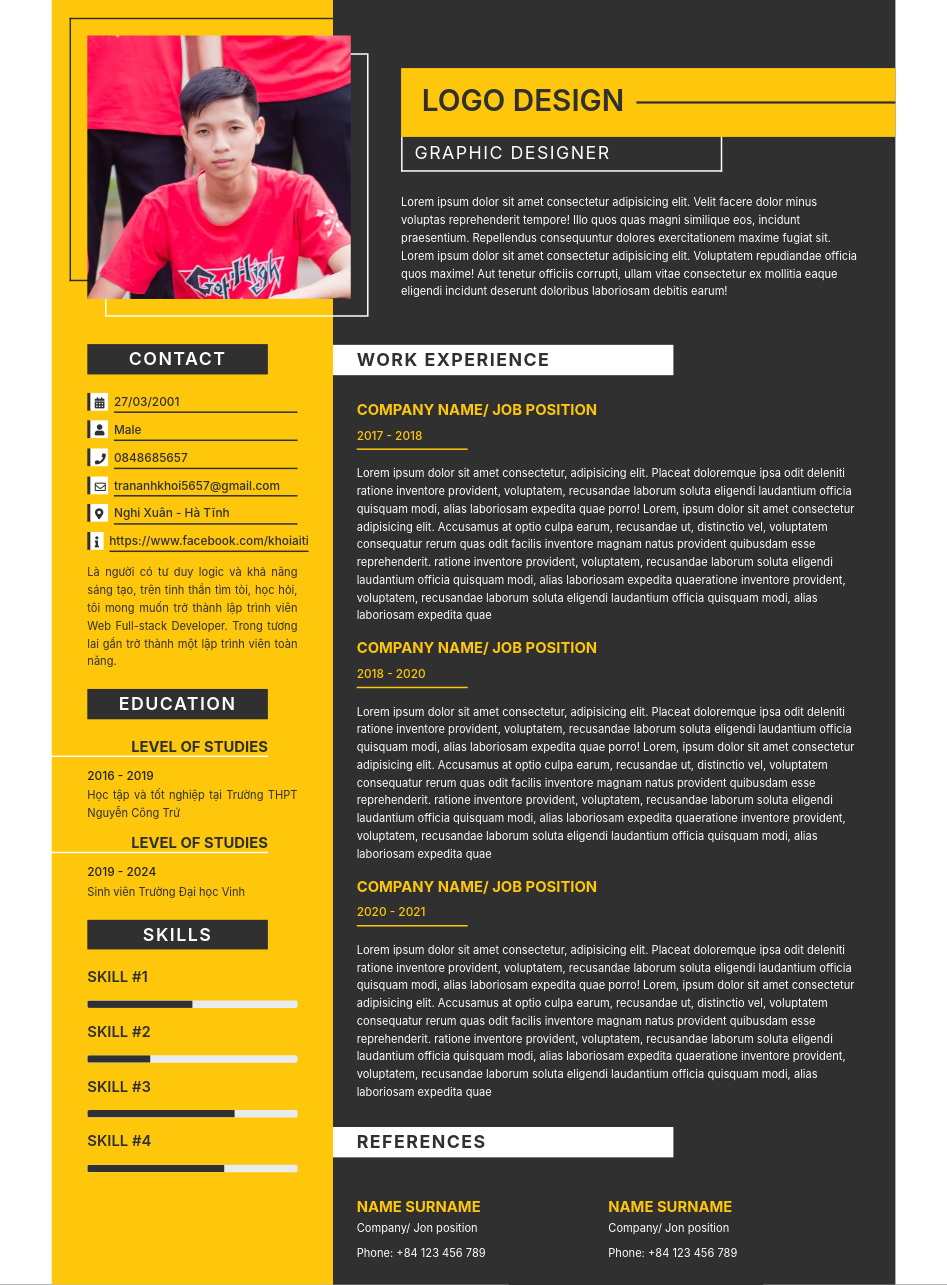
Repository: khoitadev/myCV
Page: index.html
The author's editor kept a copy of each file at every save. The page is drawn from the files as they stood at one save, then again after the next save.
The browser window is 1280 px wide. The pictures show the whole page, at 74% of full size.
Some web libraries are served in a nearby version.

Above is the page before, as saved 2022-02-11 22:33:42.

### index.html
<!DOCTYPE html>
<html lang="en">
  <head>
    <meta charset="UTF-8" />
    <meta http-equiv="X-UA-Compatible" content="IE=edge" />
    <meta name="viewport" content="width=device-width, initial-scale=1.0" />
    <title>CV Design</title>
    <link
      rel="stylesheet"
      href="https://cdn.jsdelivr.net/npm/bootstrap@4.6.0/dist/css/bootstrap.min.css"
      integrity="sha384-B0vP5xmATw1+K9KRQjQERJvTumQW0nPEzvF6L/Z6nronJ3oUOFUFpCjEUQouq2+l"
      crossorigin="anonymous"
    />
    <link rel="preconnect" href="https://fonts.googleapis.com" />
    <link rel="preconnect" href="https://fonts.gstatic.com" crossorigin />
    <link
      href="https://fonts.googleapis.com/css2?family=Poppins:wght@400;600;700&display=swap"
      rel="stylesheet"
    />
    <link
      rel="stylesheet"
      href="https://pro.fontawesome.com/releases/v5.10.0/css/all.css"
      integrity="sha384-AYmEC3Yw5cVb3ZcuHtOA93w35dYTsvhLPVnYs9eStHfGJvOvKxVfELGroGkvsg+p"
      crossorigin="anonymous"
    />
    <link
      rel="icon"
      href="./assets/img/cv2.jpg"
      style="border-radius: 50%;"
      type="image/gif"
      sizes="16x16"
    />

    <link rel="stylesheet" href="./assets/css/style.css" />
  </head>
  <body>
    <div class="container">
      <div class="row">
        <div class="col-md-4 cv__left">
          <div class="cv__img">
            <img src="./assets/img/cv2.jpg" />
          </div>
          <div class="cv__body-left">
            <h2 class="heading__left">CONTACT</h2>
            <p class="text contact__text"><i class="fas fa-calendar-alt"></i> <span class="contact__line" >27/03/2001</span></p>
            <p class="text contact__text"><i class="fas fa-user"></i> <span class="contact__line" >Male</span></p>
            <p class="text contact__text">
              <i class="fas fa-phone"></i> <a class="contact__line" href="tel:0848685657">0848685657</a>
            </p>
            <p class="text contact__text">
              <i class="far fa-envelope"></i>
              <a class="contact__line" href="mailto:trananhkhoi5657@gmail.com"
                >trananhkhoi5657@gmail.com</a
              >
            </p>
            <p class="text contact__text">
              <i class="fas fa-map-marker-alt"></i> <span class="contact__line" >Nghi Xuân - Hà Tĩnh</span>
            </p>
            <p class="text contact__text">
              <i class="fas fa-info"></i>
              <a class="contact__line" href="https://www.facebook.com/khoiaiti"
                >https://www.facebook.com/khoiaiti</a
              >
            </p>
            <p class="text description">
            Là người có tư duy logic và khả năng sáng tạo, trên tinh thần tìm tòi, học hỏi, tôi mong muốn trở
            thành lập trình viên Web Full-stack Developer. Trong tương lai gần trở thành một lập trình viên toàn năng.
            </p>
            <h2 class="heading__left">EDUCATION</h2>
            <h3 class="edu__heading">LEVEL OF STUDIES</h3>
            <h4 class="edu__title">2016 - 2019</h4>
            <p class="text">Học tập và tốt nghiệp tại Trường THPT Nguyễn Công Trứ</p>
            <h3 class="edu__heading">LEVEL OF STUDIES</h3>
            <h4 class="edu__title">2019 - 2024</h4>
            <p class="text">Sinh viên Trường Đại học Vinh</p>

            <h2 class="heading__left">SKILLS</h2>
            <h3 class="heading__title">SKILL #1</h3>

            <div class="progress progress__line" style="height: 10px">
              <div class="progress-bar" style="width: 50%; height: 10px; background-color: #303030;"></div>
            </div>

            <h3 class="heading__title">SKILL #2</h3>

            <div class="progress progress__line" style="height: 10px">
              <div class="progress-bar" style="width: 30%; height: 10px; background-color: #303030;"></div>
            </div>

            <h3 class="heading__title">SKILL #3</h3>
            <div class="progress progress__line" style="height: 10px">
              <div class="progress-bar" style="width: 70%; height: 10px; background-color: #303030;"></div>
            </div>
            <h3 class="heading__title">SKILL #4</h3>
            <div class="progress progress__line" style="height: 10px">
              <div class="progress-bar" style="width: 65%; height: 10px; background-color: #303030;"></div>
            </div>
            <!-- <h3 class="heading__title">SKILL #5</h3>
            <div class="progress progress__line" style="height: 10px">
              <div class="progress-bar" style="width: 60%; height: 10px; background-color: #303030;"></div>
            </div> -->
          </div>
        </div>
        <div class="col-md-8 cv__right">
          <div class="cv__intro">
            <div class="name"><h2>LOGO DESIGN</h2> <span></span></div>
            <h2 class="name__des">GRAPHIC DESIGNER</h2>
            <p class="text-toright">Lorem ipsum dolor sit amet consectetur adipisicing elit. Velit facere dolor minus voluptas reprehenderit tempore! Illo quos quas magni similique eos, incidunt praesentium. Repellendus consequuntur dolores exercitationem maxime fugiat sit.
              <br>
              Lorem ipsum dolor sit amet consectetur adipisicing elit. Voluptatem repudiandae officia quos maxime! Aut tenetur officiis corrupti, ullam vitae consectetur ex mollitia eaque eligendi incidunt deserunt doloribus laboriosam debitis earum!
            </p>
            <br>
          </div>
          <h2 class="heading__right">WORK EXPERIENCE</h2>
          <h3 class="work__heading">COMPANY NAME/ JOB POSITION</h3>
          <h4 class="work__title">2017 - 2018</h4>
          <p class="text-toright">Lorem ipsum dolor sit amet consectetur, adipisicing elit. Placeat doloremque ipsa odit deleniti ratione inventore provident, voluptatem, recusandae laborum soluta eligendi laudantium officia quisquam modi, alias laboriosam expedita quae porro!
            Lorem, ipsum dolor sit amet consectetur adipisicing elit. Accusamus at optio culpa earum, recusandae ut, distinctio vel, voluptatem consequatur rerum quas odit facilis inventore magnam natus provident quibusdam esse reprehenderit. ratione inventore provident, voluptatem, recusandae laborum soluta eligendi laudantium officia quisquam modi, alias laboriosam expedita quaeratione inventore provident, voluptatem, recusandae laborum soluta eligendi laudantium officia quisquam modi, alias laboriosam expedita quae
          </p>
          <h3 class="work__heading">COMPANY NAME/ JOB POSITION</h3>
          <h4 class="work__title">2018 - 2020</h4>
          <p class="text-toright">Lorem ipsum dolor sit amet consectetur, adipisicing elit. Placeat doloremque ipsa odit deleniti ratione inventore provident, voluptatem, recusandae laborum soluta eligendi laudantium officia quisquam modi, alias laboriosam expedita quae porro!
            Lorem, ipsum dolor sit amet consectetur adipisicing elit. Accusamus at optio culpa earum, recusandae ut, distinctio vel, voluptatem consequatur rerum quas odit facilis inventore magnam natus provident quibusdam esse reprehenderit. ratione inventore provident, voluptatem, recusandae laborum soluta eligendi laudantium officia quisquam modi, alias laboriosam expedita quaeratione inventore provident, voluptatem, recusandae laborum soluta eligendi laudantium officia quisquam modi, alias laboriosam expedita quae
          </p>
          <h3 class="work__heading">COMPANY NAME/ JOB POSITION</h3>
          <h4 class="work__title">2020 - 2021</h4>
          <p class="text-toright">Lorem ipsum dolor sit amet consectetur, adipisicing elit. Placeat doloremque ipsa odit deleniti ratione inventore provident, voluptatem, recusandae laborum soluta eligendi laudantium officia quisquam modi, alias laboriosam expedita quae porro!
            Lorem, ipsum dolor sit amet consectetur adipisicing elit. Accusamus at optio culpa earum, recusandae ut, distinctio vel, voluptatem consequatur rerum quas odit facilis inventore magnam natus provident quibusdam esse reprehenderit. ratione inventore provident, voluptatem, recusandae laborum soluta eligendi laudantium officia quisquam modi, alias laboriosam expedita quaeratione inventore provident, voluptatem, recusandae laborum soluta eligendi laudantium officia quisquam modi, alias laboriosam expedita quae
          </p>
          <h2 class="heading__right">REFERENCES</h2>
          <div class="ref">
            <div class="ref-left">
              <h3 class="work__heading">NAME SURNAME</h3>
              <p class="text-toright">Company/ Jon position
              </p>
              <p class="text-toright">Phone: +84 123 456 789
              </p>
            </div>
            <div class="ref-right">
              <h3 class="work__heading">NAME SURNAME</h3>
              <p class="text-toright">Company/ Jon position
              </p>
              <p class="text-toright">Phone: +84 123 456 789
              </p>
            </div>
          </div>
        </div>
      </div>
    </div>
  </body>
</html>

### assets/css/style.css
:root {
  --primary-color: #fec70b;
  --second-color: #303030;
  --white-color: #fff;
}
* {
  margin: 0;
  padding: 0;
  box-sizing: border-box;
}
html {
  font-family: "Poppins", sans-serif;
  font-size: 62.5%;
  color: var(--white-color);
}

img {
  width: 100%;
  object-fit: cover;
}
a {
  text-decoration: none;
  display: inline-block;
  color: var(--second-color);
}
a:hover {
  color: var(--white-color);
}
p {
  font-size: 1.5rem;
  line-height: 1.6;
  color: var(--white-color);
}
i {
  position: relative;
  margin: 0 8px 0 4px;
  padding: 6px;
  background-color: var(--white-color);
  font-size: 1.5rem;
  color: var(--second-color);
  width: 2.4rem;
  height: 2.4rem;
  text-align: center;
}
i::after {
  content: "";
  display: block;
  position: absolute;
  background-color: var(--second-color);
  top: 0;
  left: -4px;
  bottom: 0;
  width: 4px;
  z-index: 1;
}
.cv__left {
  padding: 2.4rem;
  background-color: var(--primary-color);
}

.cv__img {
  position: relative;
  right: -2.4rem;
  bottom: -2.4rem;
  z-index: 1;
  text-align: right;
  margin-right: -2.4rem;
}
.cv__img::before {
  content: "";
  display: block;
  position: absolute;
  border-top: 2px solid var(--second-color);
  border-bottom: 2px solid var(--second-color);
  border-left: 2px solid var(--second-color);
  top: -2.4rem;
  left: -2.4rem;
  right: 0rem;
  bottom: 2.4rem;
  z-index: -1;
}
.cv__img::after {
  content: "";
  display: block;
  position: absolute;
  border: 2px solid var(--white-color);
  top: 2.4rem;
  left: 2.4rem;
  right: -2.4rem;
  bottom: -2.4rem;
  z-index: -1;
}
.cv__img img {
  min-width: 90%;
  height: auto;
}

.cv__body-left {
  padding: 6rem 2.4rem 0 2.4rem;
}

.cv__contact {
  border-bottom: 2px solid var(--second-color);
}

.heading__left {
  margin: 2.5rem 4rem 2.5rem 0;
  padding: 0.6rem;
  color: #fff;
  background-color: var(--second-color);
  max-width: 42rem;
  font-size: 2.4rem;
  font-weight: 600;
  text-align: center;
  letter-spacing: 2px;
}
.edu__heading{
  font-size: 2rem;
  text-align: end;
  border-bottom: 2px solid var(--white-color);
  margin: 1.6rem 4rem 1.6rem -4.8rem;
  color: var(--second-color);
  font-weight: 700;
}
.edu__title{
  font-size: 1.6rem;
  font-weight: 500;
}
.edu__title + .text {
  text-align: justify;
}

.cv__right {
  padding: 3.2rem 4.8rem 2rem 3.2rem;
  background-color: var(--second-color);
}
.cv__intro {
  margin-left: 6rem;
}
.name {
  display: flex;
  align-items: center;
  padding: 2rem 0 2rem 2.8rem;
  margin: 6rem -4.8rem 0 0;
  background-color: var(--primary-color);
}
.name h2 {
  color: var(--second-color);
  font-size: 4rem;
  font-weight: 600;
}
.name span {
  margin-left: 1.6rem;
  background-color: var(--second-color);
  height: 3px;
  flex: 1;
}

.name__des {
  display: inline-block;
  margin-bottom: 3rem;
  color: var(--white-color);
  font-size: 2.4rem;
  font-weight: 400;
  width: 70%;
  letter-spacing: 2px;
  padding: 0.8rem 1.6rem;
  border-right: 2px solid var(--white-color);
  border-bottom: 2px solid var(--white-color);
  border-left: 2px solid var(--white-color);
}
.heading__right {
  margin: 3.5rem 0 3.5rem -3.2rem;
  padding: 0.6rem 3.2rem;
  background-color: var(--white-color);
  color:var(--second-color);
  max-width: 46rem;
  font-size: 2.4rem;
  font-weight: 700;
  letter-spacing: 2px;
}

.heading__title {
  margin: 8px 0;
  color: var(--second-color);
  font-size: 2rem;
  font-weight: 600;
}
.work__heading{
  margin-top: 2rem;
  font-size: 2rem;
  color: var(--primary-color);
  font-weight: 700;
}
.work__title{
  margin-bottom: 2rem;
  padding: 8px 0;
  max-width: 15rem;
  font-size: 1.6rem;
  color: var(--primary-color);
  font-weight: 500;
  border-bottom: 2px solid var(--primary-color);
}
.time {
  font-size: 1.4rem;
  font-weight: 300;
}
.progress__line {
  margin: 2rem 0;
}
.interests {
  list-style: circle;
  padding-left: 2rem;
}
.text {
  font-size: 1.5rem;
  line-height: 1.6;
  color: var(--second-color);
}
.text-toright {
  color: var(--white-color);
}
.description {
  margin-top: 1.6rem;
  text-align: justify;
}
.contact__text {
  display: flex;
}
.contact__line {
  flex: 1;
  font-size: 1.6rem;
  font-weight: 500;
  border-bottom: 2px solid var(--second-color);
}
.ref {
  display: flex;
}
.ref-left, .ref-right {
  flex: 1;
}

After the next save:
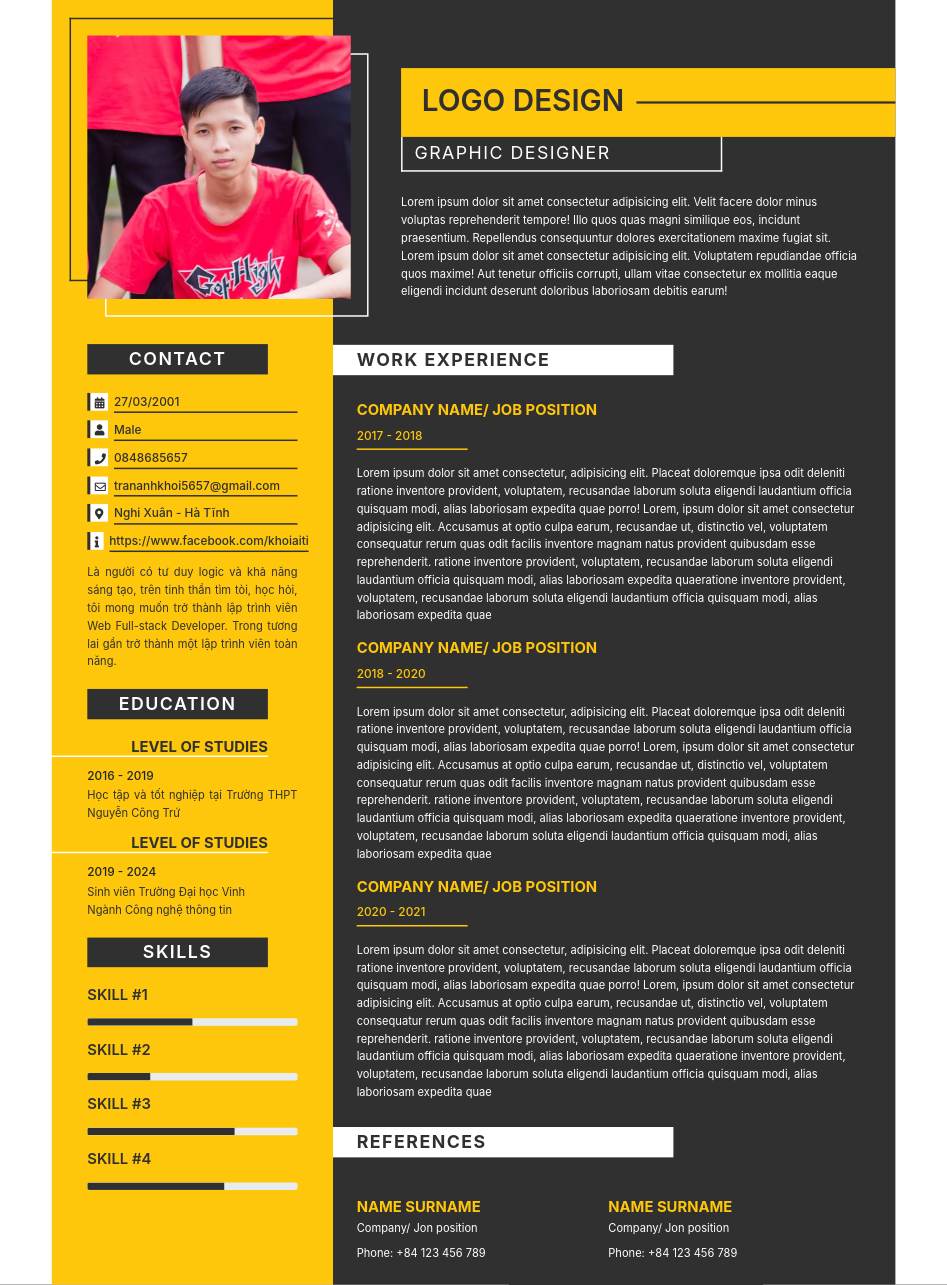
Saved 77 s later.
--- a/index.html
+++ b/index.html
@@ -72,7 +72,7 @@
             <p class="text">Học tập và tốt nghiệp tại Trường THPT Nguyễn Công Trứ</p>
             <h3 class="edu__heading">LEVEL OF STUDIES</h3>
             <h4 class="edu__title">2019 - 2024</h4>
-            <p class="text">Sinh viên Trường Đại học Vinh</p>
+            <p class="text">Sinh viên Trường Đại học Vinh </br> Ngành Công nghệ thông tin</p>
 
             <h2 class="heading__left">SKILLS</h2>
             <h3 class="heading__title">SKILL #1</h3>

After the save that followed:
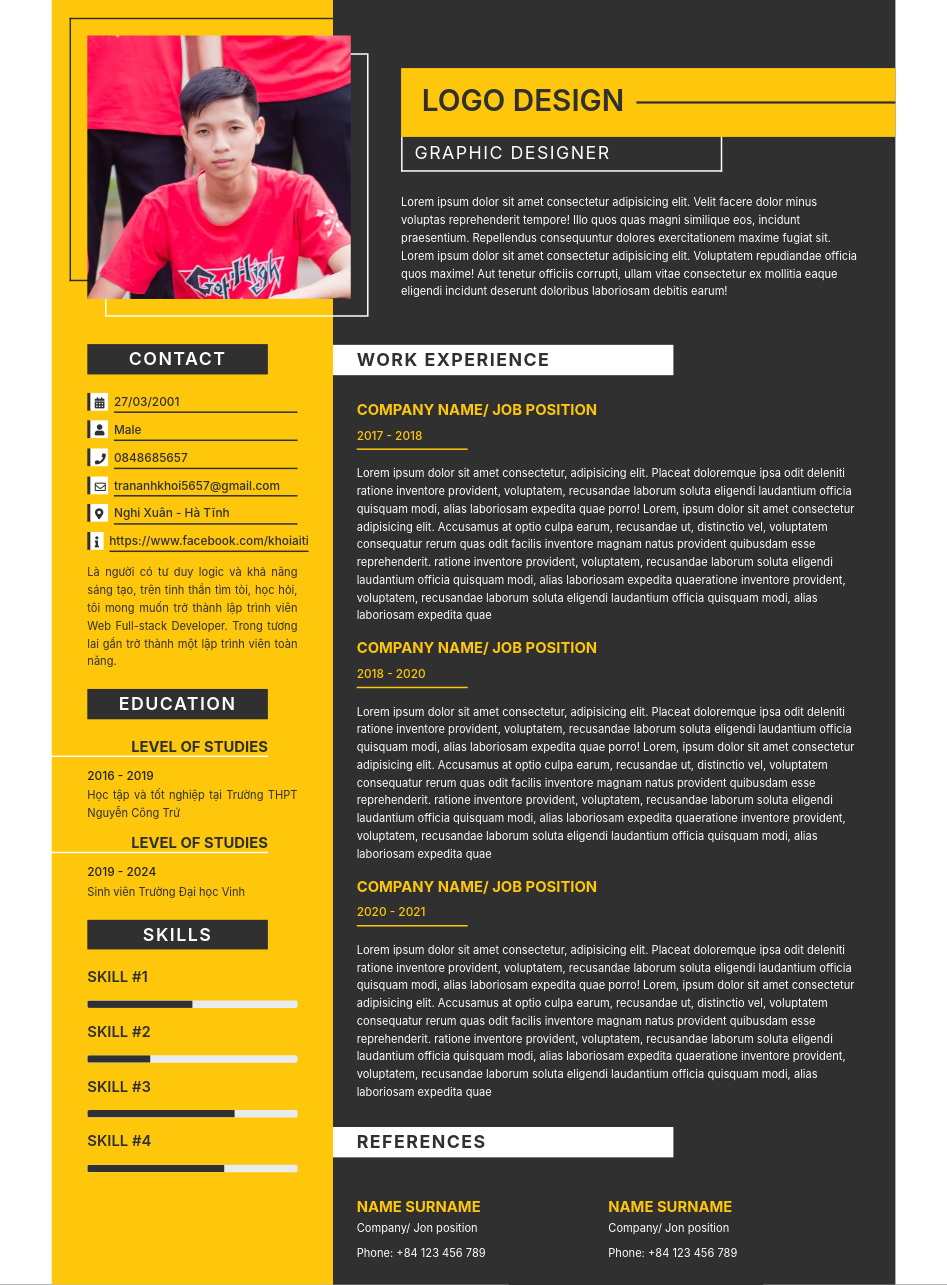
Saved 52 s later.
--- a/index.html
+++ b/index.html
@@ -72,7 +72,7 @@
             <p class="text">Học tập và tốt nghiệp tại Trường THPT Nguyễn Công Trứ</p>
             <h3 class="edu__heading">LEVEL OF STUDIES</h3>
             <h4 class="edu__title">2019 - 2024</h4>
-            <p class="text">Sinh viên Trường Đại học Vinh </br> Ngành Công nghệ thông tin</p>
+            <p class="text">Sinh viên Trường Đại học Vinh</p>
 
             <h2 class="heading__left">SKILLS</h2>
             <h3 class="heading__title">SKILL #1</h3>
